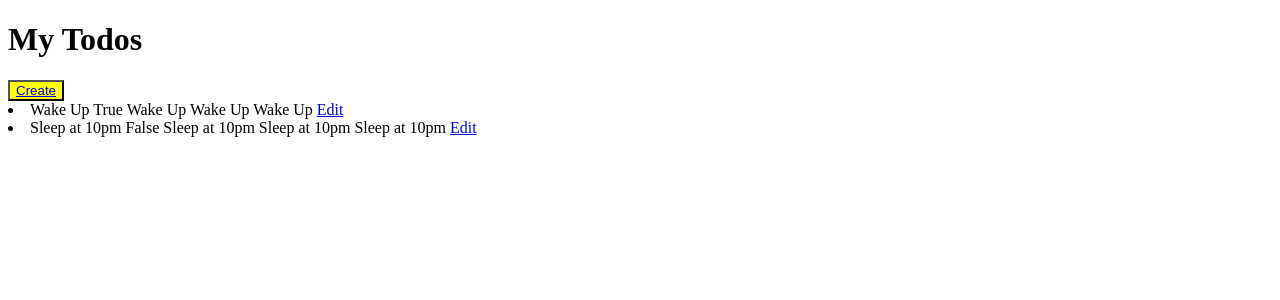
Repository: 99Ace/djangoLesson
Page: http://localhost/todos/
The author's editor kept a record of every edit. The page is drawn from the files as they stood at one moment, then again after the next edit.
The browser window is 1280 px wide. The pictures show the whole page.
The page is served by the project's application, run on Django 2.2 (manage.py). The page reads the database file committed with the project.

Above is the page before.

After the next edit:
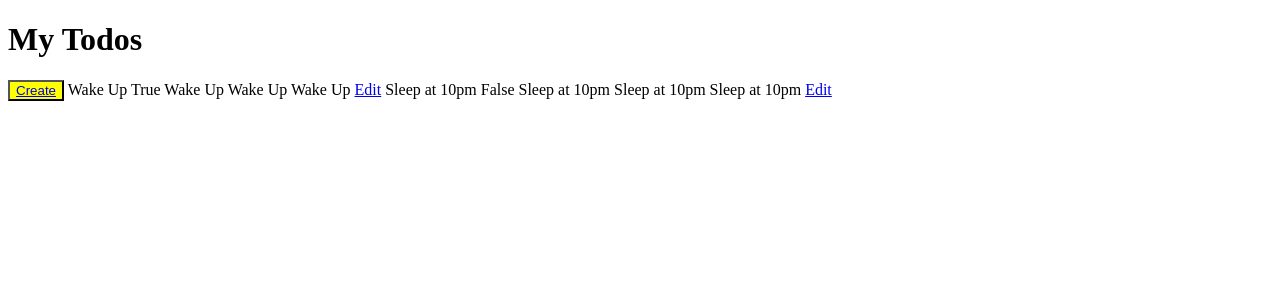
The edit:
--- a/todos/templates/todo.html
+++ b/todos/templates/todo.html
@@ -11,7 +11,7 @@
     <button style="background-color:yellow"><a href="create">Create</a></button>
     <tr>
         {% for i in items %}
-         <li>
+         <td>
              {{ i.name }}
              {{ i.done }}
              {{ i.name }}
